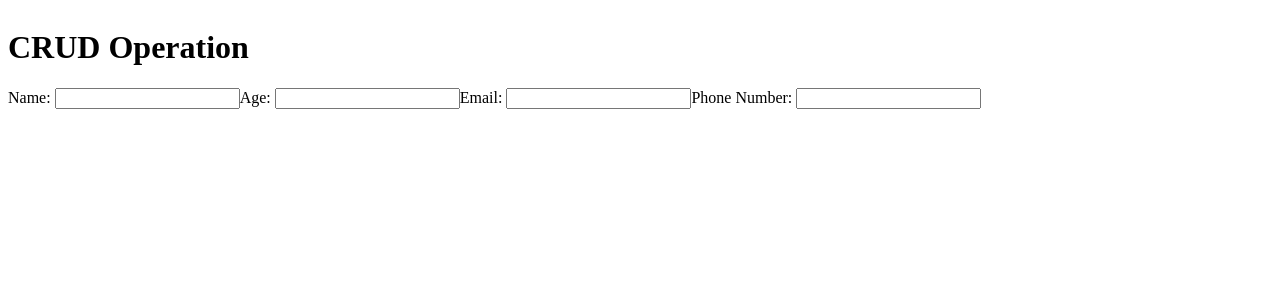
Repository: Josephkennedy603/CRUD-Operation
Page: /
The author's editor kept a copy of each file at every save. The page is drawn from the files as they stood at one save, then again after the next save.
The browser window is 1280 px wide. The pictures show the whole page.
The project was rebuilt for these pictures with package versions that can differ from the ones it lists, and the page was loaded fresh each time. Also part of the build but not shown: src/index.css.

Above is the page before, as saved 2024-03-02 20:23:33.

After the next save:
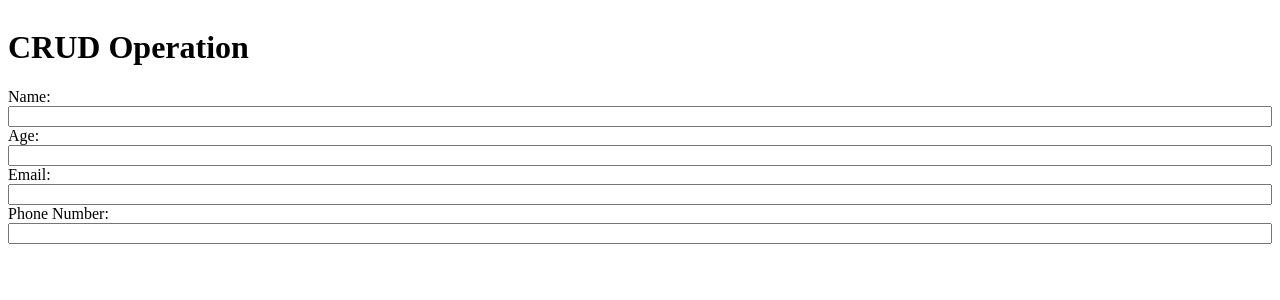
Saved 31 s later.
--- a/src/App.css
+++ b/src/App.css
@@ -2,3 +2,8 @@
   display: flex;
   flex-direction: column;
 }
+
+.main-container form {
+  display: flex;
+  flex-direction: column;
+}
